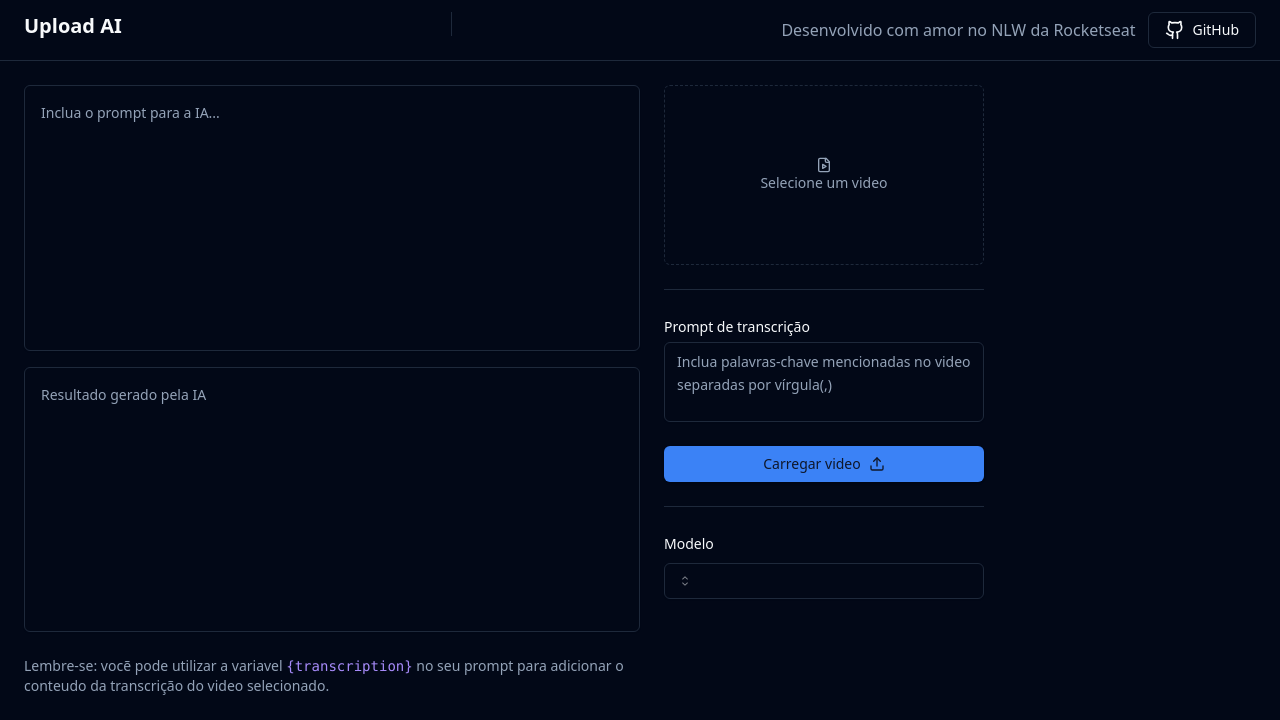
Repository: brksaian/nlw-2023-IA
Page: /
These files come from the project's save history. The page is drawn as it stood at one moment and after the next save; the edit follows.
The browser window is 1280 px wide. The pictures show the whole page.
The project was rebuilt for these pictures with package versions that can differ from the ones it lists, and the page was loaded fresh each time. Also part of the build but not shown: vite.config.ts.

Above is the page before, as saved 2023-09-12 22:41:50.

### index.html
<!DOCTYPE html>
<html lang="en">
  <head>
    <meta charset="UTF-8" />
    <meta name="viewport" content="width=device-width, initial-scale=1.0" />
    <title>Upload AI</title>
  </head>
  <body>
    <div id="root"></div>
    <script type="module" src="/src/main.tsx"></script>
  </body>
</html>

### src/App.tsx
import { Button } from "./components/ui/button";
import { Github, FileVideo, Upload } from "lucide-react";
import { Separator } from "./components/ui/separator";
import { Textarea } from "./components/ui/textarea";
import { Label } from "./components/ui/label";
import { Select, SelectTrigger } from "./components/ui/select";

export function App() {
  return (
    <div className="min-h-screen flex flex-col">
      <div className="px-6 py-3 flex item-center justify-between border-b">
        <h1 className="text-xl font-bold">Upload AI</h1>

        <Separator orientation="vertical" className="h-6" />

        <div className="flex items-center gap-3">
          <span className="text-small text-muted-foreground">
            Desenvolvido com amor no NLW da Rocketseat
          </span>
          <Button variant="outline">
            <Github className="w-5 h-5 mr-2" />
            GitHub
          </Button>
        </div>
      </div>
      <main className="flex-1 p-6 flex gap-6">
        <div className="flex flex-col gap-6 w-1/2">
          <div className="grid grid-rows-2 gap-4 flex-1">
            <Textarea
              placeholder="Inclua o prompt para a IA..."
              className="resize-none p-4 leading-relaxed"
            />
            <Textarea
              placeholder="Resultado gerado pela IA"
              className="resize-none p-4 leading-relaxed"
              readOnly
            />
          </div>
          <p className="text-sm text-muted-foreground">
            Lembre-se: vocẽ pode utilizar a variavel{" "}
            <code className="text-violet-400">{"{transcription}"}</code> no seu
            prompt para adicionar o conteudo da transcrição do video
            selecionado.
          </p>
        </div>
        <aside className="w-80 space-y-6">
          <form className="space-y-6">
            <label
              htmlFor="video"
              className="border flex rounded-md aspect-video cursor-pointer border-dashed text-sm flex-col items-center justify-center text-muted-foreground hover:bg-primary/5"
            >
              <FileVideo className="w-4 h-4" />
              Selecione um video
            </label>
            <input
              type="file"
              name="video"
              id="video"
              className="sr-only"
              accept="video/mp4"
            />

            <Separator />

            <div className="space-y-1">
              <Label htmlFor="transcription-prompt">
                Prompt de transcrição
              </Label>
              <Textarea
                id="transcription-prompt"
                placeholder="Inclua palavras-chave mencionadas no video separadas por vírgula(,)"
                className="h-20 leading-relaxed resize-none"
              />
            </div>

            <Button className="w-full">
              Carregar video
              <Upload className="w-4 h-4 ml-2" />
            </Button>
          </form>

          <Separator />

          <form className="space-y-6">
            <div className="space-y-2">
              <Label htmlFor="keywords">Modelo</Label>
              <Select>
                <SelectTrigger></SelectTrigger>
              </Select>
            </div>
          </form>
        </aside>
      </main>
    </div>
  );
}

### src/index.css
@tailwind base;
@tailwind components;
@tailwind utilities;

@layer base {
  :root {
    --background: 222.2 84% 4.9%;
    --foreground: 210 40% 98%;
    --card: 222.2 84% 4.9%;
    --card-foreground: 210 40% 98%;
    --popover: 222.2 84% 4.9%;
    --popover-foreground: 210 40% 98%;
    --primary: 217.2 91.2% 59.8%;
    --primary-foreground: 222.2 47.4% 11.2%;
    --secondary: 217.2 32.6% 17.5%;
    --secondary-foreground: 210 40% 98%;
    --muted: 217.2 32.6% 17.5%;
    --muted-foreground: 215 20.2% 65.1%;
    --accent: 217.2 32.6% 17.5%;
    --accent-foreground: 210 40% 98%;
    --destructive: 0 62.8% 30.6%;
    --destructive-foreground: 210 40% 98%;
    --border: 217.2 32.6% 17.5%;
    --input: 217.2 32.6% 17.5%;
    --ring: 224.3 76.3% 48%;

    --radius: 0.5rem;
  }
}

@layer base {
  * {
    @apply border-border;
  }
  body {
    @apply bg-background text-foreground;
  }
}

### src/components/ui/button.tsx
import * as React from "react"
import { Slot } from "@radix-ui/react-slot"
import { cva, type VariantProps } from "class-variance-authority"

import { cn } from "@/lib/utils"

const buttonVariants = cva(
  "inline-flex items-center justify-center rounded-md text-sm font-medium transition-colors focus-visible:outline-none focus-visible:ring-1 focus-visible:ring-ring disabled:pointer-events-none disabled:opacity-50",
  {
    variants: {
      variant: {
        default:
          "bg-primary text-primary-foreground shadow hover:bg-primary/90",
        destructive:
          "bg-destructive text-destructive-foreground shadow-sm hover:bg-destructive/90",
        outline:
          "border border-input bg-transparent shadow-sm hover:bg-accent hover:text-accent-foreground",
        secondary:
          "bg-secondary text-secondary-foreground shadow-sm hover:bg-secondary/80",
        ghost: "hover:bg-accent hover:text-accent-foreground",
        link: "text-primary underline-offset-4 hover:underline",
      },
      size: {
        default: "h-9 px-4 py-2",
        sm: "h-8 rounded-md px-3 text-xs",
        lg: "h-10 rounded-md px-8",
        icon: "h-9 w-9",
      },
    },
    defaultVariants: {
      variant: "default",
      size: "default",
    },
  }
)

export interface ButtonProps
  extends React.ButtonHTMLAttributes<HTMLButtonElement>,
    VariantProps<typeof buttonVariants> {
  asChild?: boolean
}

const Button = React.forwardRef<HTMLButtonElement, ButtonProps>(
  ({ className, variant, size, asChild = false, ...props }, ref) => {
    const Comp = asChild ? Slot : "button"
    return (
      <Comp
        className={cn(buttonVariants({ variant, size, className }))}
        ref={ref}
        {...props}
      />
    )
  }
)
Button.displayName = "Button"

export { Button, buttonVariants }

### src/components/ui/separator.tsx
import * as React from "react"
import * as SeparatorPrimitive from "@radix-ui/react-separator"

import { cn } from "@/lib/utils"

const Separator = React.forwardRef<
  React.ElementRef<typeof SeparatorPrimitive.Root>,
  React.ComponentPropsWithoutRef<typeof SeparatorPrimitive.Root>
>(
  (
    { className, orientation = "horizontal", decorative = true, ...props },
    ref
  ) => (
    <SeparatorPrimitive.Root
      ref={ref}
      decorative={decorative}
      orientation={orientation}
      className={cn(
        "shrink-0 bg-border",
        orientation === "horizontal" ? "h-[1px] w-full" : "h-full w-[1px]",
        className
      )}
      {...props}
    />
  )
)
Separator.displayName = SeparatorPrimitive.Root.displayName

export { Separator }

### src/components/ui/textarea.tsx
import * as React from "react"

import { cn } from "@/lib/utils"

export interface TextareaProps
  extends React.TextareaHTMLAttributes<HTMLTextAreaElement> {}

const Textarea = React.forwardRef<HTMLTextAreaElement, TextareaProps>(
  ({ className, ...props }, ref) => {
    return (
      <textarea
        className={cn(
          "flex min-h-[60px] w-full rounded-md border border-input bg-transparent px-3 py-2 text-sm shadow-sm placeholder:text-muted-foreground focus-visible:outline-none focus-visible:ring-1 focus-visible:ring-ring disabled:cursor-not-allowed disabled:opacity-50",
          className
        )}
        ref={ref}
        {...props}
      />
    )
  }
)
Textarea.displayName = "Textarea"

export { Textarea }

### src/components/ui/label.tsx
import * as React from "react"
import * as LabelPrimitive from "@radix-ui/react-label"
import { cva, type VariantProps } from "class-variance-authority"

import { cn } from "@/lib/utils"

const labelVariants = cva(
  "text-sm font-medium leading-none peer-disabled:cursor-not-allowed peer-disabled:opacity-70"
)

const Label = React.forwardRef<
  React.ElementRef<typeof LabelPrimitive.Root>,
  React.ComponentPropsWithoutRef<typeof LabelPrimitive.Root> &
    VariantProps<typeof labelVariants>
>(({ className, ...props }, ref) => (
  <LabelPrimitive.Root
    ref={ref}
    className={cn(labelVariants(), className)}
    {...props}
  />
))
Label.displayName = LabelPrimitive.Root.displayName

export { Label }

### src/components/ui/select.tsx
import * as React from "react"
import { CaretSortIcon, CheckIcon } from "@radix-ui/react-icons"
import * as SelectPrimitive from "@radix-ui/react-select"

import { cn } from "@/lib/utils"

const Select = SelectPrimitive.Root

const SelectGroup = SelectPrimitive.Group

const SelectValue = SelectPrimitive.Value

const SelectTrigger = React.forwardRef<
  React.ElementRef<typeof SelectPrimitive.Trigger>,
  React.ComponentPropsWithoutRef<typeof SelectPrimitive.Trigger>
>(({ className, children, ...props }, ref) => (
  <SelectPrimitive.Trigger
    ref={ref}
    className={cn(
      "flex h-9 w-full items-center justify-between rounded-md border border-input bg-transparent px-3 py-2 text-sm shadow-sm ring-offset-background placeholder:text-muted-foreground focus:outline-none focus:ring-1 focus:ring-ring disabled:cursor-not-allowed disabled:opacity-50",
      className
    )}
    {...props}
  >
    {children}
    <SelectPrimitive.Icon asChild>
      <CaretSortIcon className="h-4 w-4 opacity-50" />
    </SelectPrimitive.Icon>
  </SelectPrimitive.Trigger>
))
SelectTrigger.displayName = SelectPrimitive.Trigger.displayName

const SelectContent = React.forwardRef<
  React.ElementRef<typeof SelectPrimitive.Content>,
  React.ComponentPropsWithoutRef<typeof SelectPrimitive.Content>
>(({ className, children, position = "popper", ...props }, ref) => (
  <SelectPrimitive.Portal>
    <SelectPrimitive.Content
      ref={ref}
      className={cn(
        "relative z-50 min-w-[8rem] overflow-hidden rounded-md border bg-popover text-popover-foreground shadow-md data-[state=open]:animate-in data-[state=closed]:animate-out data-[state=closed]:fade-out-0 data-[state=open]:fade-in-0 data-[state=closed]:zoom-out-95 data-[state=open]:zoom-in-95 data-[side=bottom]:slide-in-from-top-2 data-[side=left]:slide-in-from-right-2 data-[side=right]:slide-in-from-left-2 data-[side=top]:slide-in-from-bottom-2",
        position === "popper" &&
          "data-[side=bottom]:translate-y-1 data-[side=left]:-translate-x-1 data-[side=right]:translate-x-1 data-[side=top]:-translate-y-1",
        className
      )}
      position={position}
      {...props}
    >
      <SelectPrimitive.Viewport
        className={cn(
          "p-1",
          position === "popper" &&
            "h-[var(--radix-select-trigger-height)] w-full min-w-[var(--radix-select-trigger-width)]"
        )}
      >
        {children}
      </SelectPrimitive.Viewport>
    </SelectPrimitive.Content>
  </SelectPrimitive.Portal>
))
SelectContent.displayName = SelectPrimitive.Content.displayName

const SelectLabel = React.forwardRef<
  React.ElementRef<typeof SelectPrimitive.Label>,
  React.ComponentPropsWithoutRef<typeof SelectPrimitive.Label>
>(({ className, ...props }, ref) => (
  <SelectPrimitive.Label
    ref={ref}
    className={cn("px-2 py-1.5 text-sm font-semibold", className)}
    {...props}
  />
))
SelectLabel.displayName = SelectPrimitive.Label.displayName

const SelectItem = React.forwardRef<
  React.ElementRef<typeof SelectPrimitive.Item>,
  React.ComponentPropsWithoutRef<typeof SelectPrimitive.Item>
>(({ className, children, ...props }, ref) => (
  <SelectPrimitive.Item
    ref={ref}
    className={cn(
      "relative flex w-full cursor-default select-none items-center rounded-sm py-1.5 pl-2 pr-8 text-sm outline-none focus:bg-accent focus:text-accent-foreground data-[disabled]:pointer-events-none data-[disabled]:opacity-50",
      className
    )}
    {...props}
  >
    <span className="absolute right-2 flex h-3.5 w-3.5 items-center justify-center">
      <SelectPrimitive.ItemIndicator>
        <CheckIcon className="h-4 w-4" />
      </SelectPrimitive.ItemIndicator>
    </span>
    <SelectPrimitive.ItemText>{children}</SelectPrimitive.ItemText>
  </SelectPrimitive.Item>
))
SelectItem.displayName = SelectPrimitive.Item.displayName

const SelectSeparator = React.forwardRef<
  React.ElementRef<typeof SelectPrimitive.Separator>,
  React.ComponentPropsWithoutRef<typeof SelectPrimitive.Separator>
>(({ className, ...props }, ref) => (
  <SelectPrimitive.Separator
    ref={ref}
    className={cn("-mx-1 my-1 h-px bg-muted", className)}
    {...props}
  />
))
SelectSeparator.displayName = SelectPrimitive.Separator.displayName

export {
  Select,
  SelectGroup,
  SelectValue,
  SelectTrigger,
  SelectContent,
  SelectLabel,
  SelectItem,
  SelectSeparator,
}

Loaded but not shown: src/main.tsx (common file); src/lib/utils.ts (common file); tailwind.config.js (common file)

After the next save:
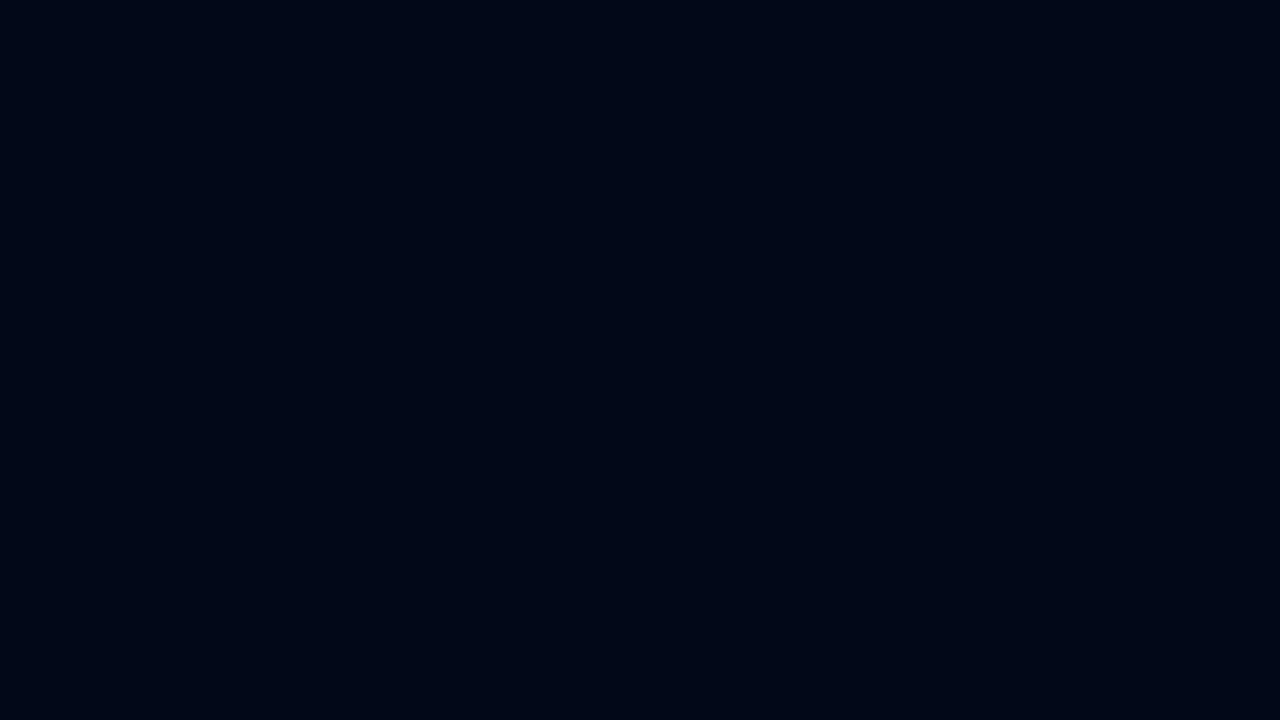
Console error (its wording comes from the project's code and is left out).
Saved 7 min 18 s later.
--- a/src/App.tsx
+++ b/src/App.tsx
@@ -3,7 +3,13 @@
 import { Separator } from "./components/ui/separator";
 import { Textarea } from "./components/ui/textarea";
 import { Label } from "./components/ui/label";
-import { Select, SelectTrigger } from "./components/ui/select";
+import {
+  Select,
+  SelectContent,
+  SelectItem,
+  SelectTrigger,
+  SelectValue,
+} from "./components/ui/select";
 
 export function App() {
   return (
@@ -85,7 +91,12 @@
             <div className="space-y-2">
               <Label htmlFor="keywords">Modelo</Label>
               <Select>
-                <SelectTrigger></SelectTrigger>
+                <SelectTrigger>
+                  <SelectValue />
+                </SelectTrigger>
+                <SelectContent>
+                  <SelectItem value={""}></SelectItem>
+                </SelectContent>
               </Select>
             </div>
           </form>

After the save that followed:
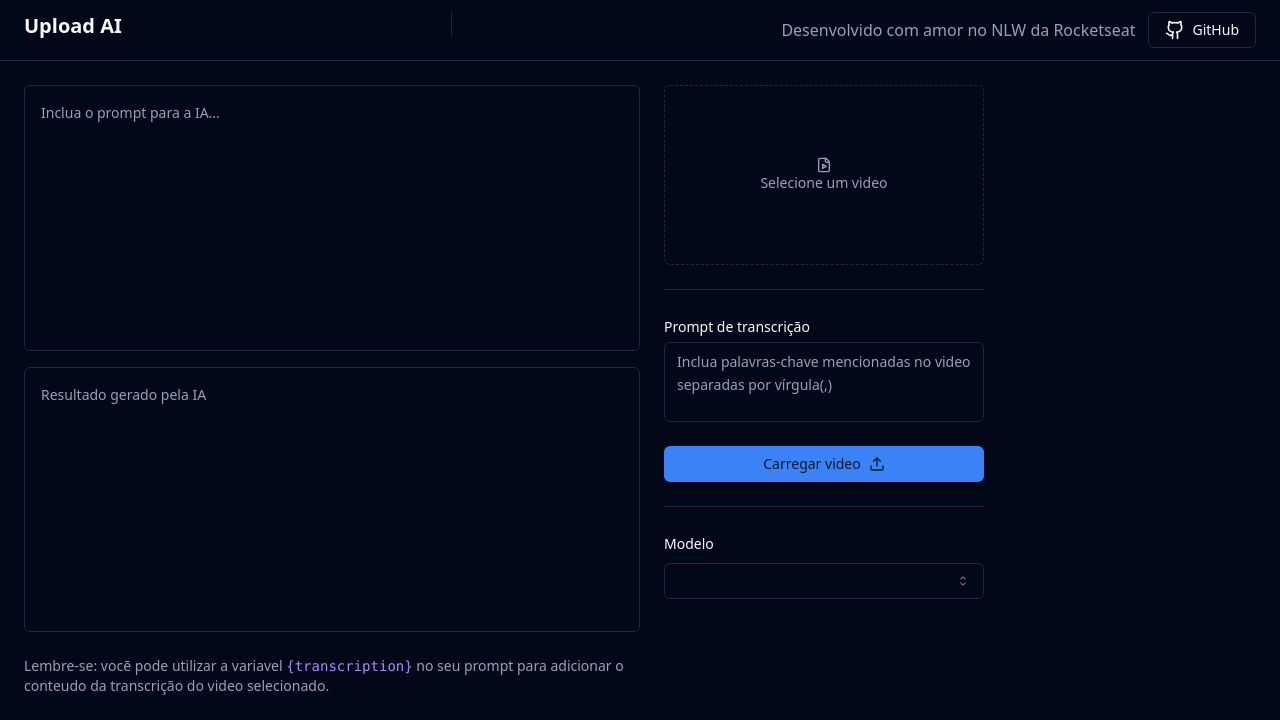
The error is gone.
Saved 67 s later.
--- a/src/App.tsx
+++ b/src/App.tsx
@@ -95,7 +95,7 @@
                   <SelectValue />
                 </SelectTrigger>
                 <SelectContent>
-                  <SelectItem value={""}></SelectItem>
+                  <SelectItem value={"gpt3.5"}>GPT 3.5-turbo 16k</SelectItem>
                 </SelectContent>
               </Select>
             </div>
